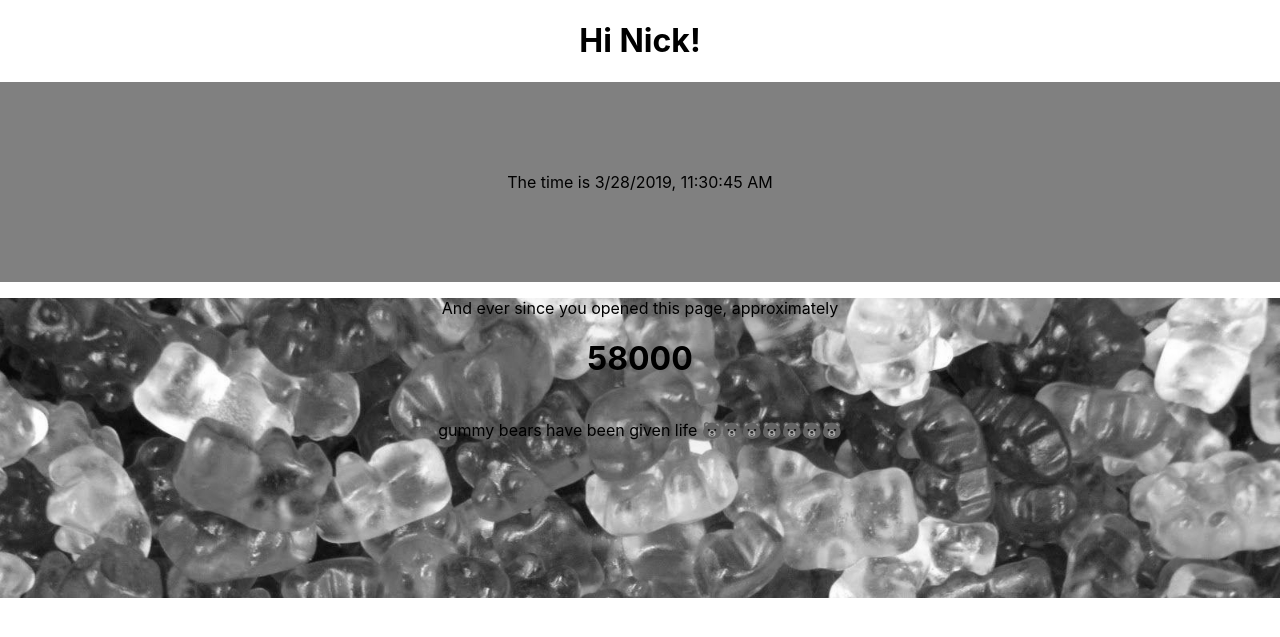
Repository: crispinonicky/gummy-facts
Page: /
An editor plug-in stored every save of this project. The page is shown before and after the next save, followed by the edit.
The browser window is 1280 px wide. The pictures show the whole page.
The project was rebuilt for these pictures with package versions that can differ from the ones it lists, and the page was loaded fresh each time.

Above is the page before, as saved 2019-03-28 15:33:14.

After the next save:
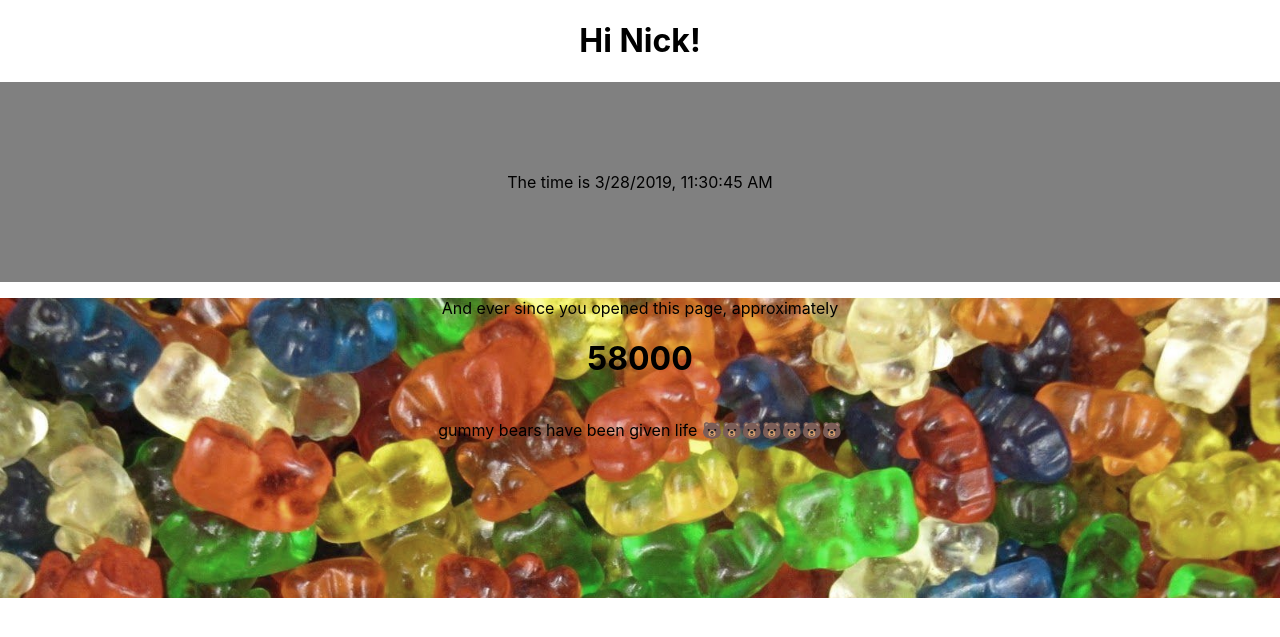
Saved 6 s later.
--- a/src/App.css
+++ b/src/App.css
@@ -18,7 +18,7 @@
   height: 300px;
   background: url('./images/gummy\ bears.jpg');
   background-size: cover;
-  filter: grayscale(100%)
+  filter: grayscale(30%)
 }
 
 /* #googleMap {
